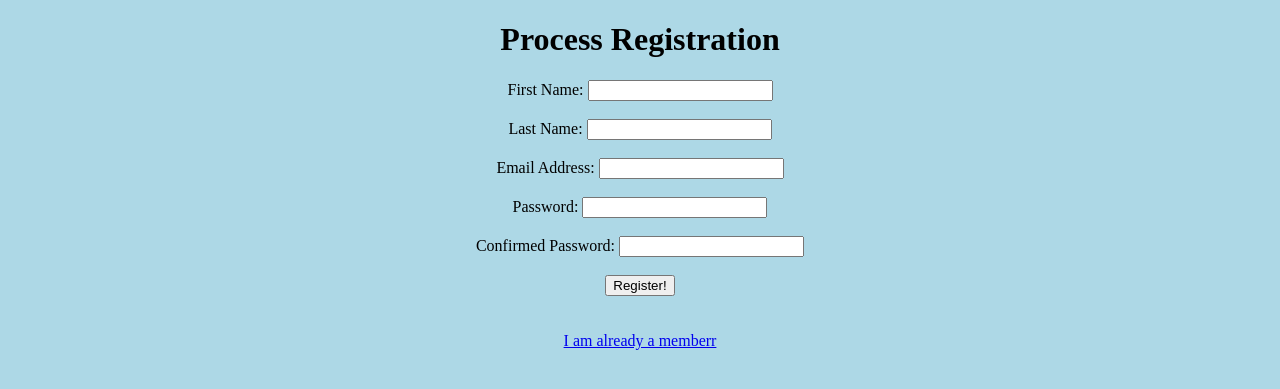
Repository: jedeyejed00/TheGameShaq
Page: http://localhost/ClassWork/ClassAssignment/process_register.php
The author's editor kept a record of every edit. The page is drawn from the files as they stood at one moment, then again after the next edit.
The browser window is 1280 px wide. The pictures show the whole page.
The page is run by PHP 8.4 with error messages shown; the project is at /var/www/html/.

Above is the page before.

### ClassWork/ClassAssignment/process_register.php
<!DOCTYPE html>

<html><head>
<title>Process Registration</title>

    </head>

    <body bgcolor = lightblue><Center>

                <H1>Process Registration</H1>

                <form action ="register.php" method = "POST">

                    <label for ="firstname">First Name:</label>
                    <input type ="firstname" name = "firstName" id="firstname" size="20"> <br><br>

                     <label for ="lastname">Last Name:</label>
                    <input type ="lastname" name = "lastName" id="lastname" size="20"> <br><br>

                    <label for ="email">Email Address:</label>
                    <input type ="email" name = "email" id="email" size="20"> <br><br>

                    <label for ="password">Password:</label>
                    <input type ="password"= name = "password" id ="password" size="20"> <br><br>

                    <label for ="confpassword">Confirmed Password:</label>
                    <input type ="password"= name = "confpassword" id ="confpassword" size="20" ><br> <br>

                    <button> Register!</button> <br><br><br>

                    <a href = login.php>I am already a memberr</a>



                    </form>



</Center></body>

    </html>

After the next edit:
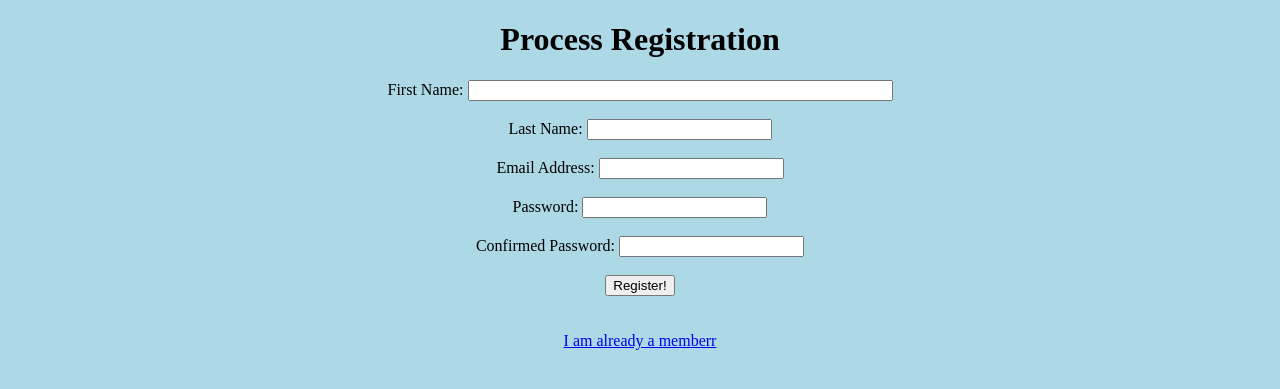
The edit:
--- a/ClassWork/ClassAssignment/process_register.php
+++ b/ClassWork/ClassAssignment/process_register.php
@@ -12,7 +12,7 @@
                 <form action ="register.php" method = "POST">
 
                     <label for ="firstname">First Name:</label>
-                    <input type ="firstname" name = "firstName" id="firstname" size="20"> <br><br>
+                    <input type ="firstname" name = "firstName" id="firstname" size="50"> <br><br>
 
                      <label for ="lastname">Last Name:</label>
                     <input type ="lastname" name = "lastName" id="lastname" size="20"> <br><br>
